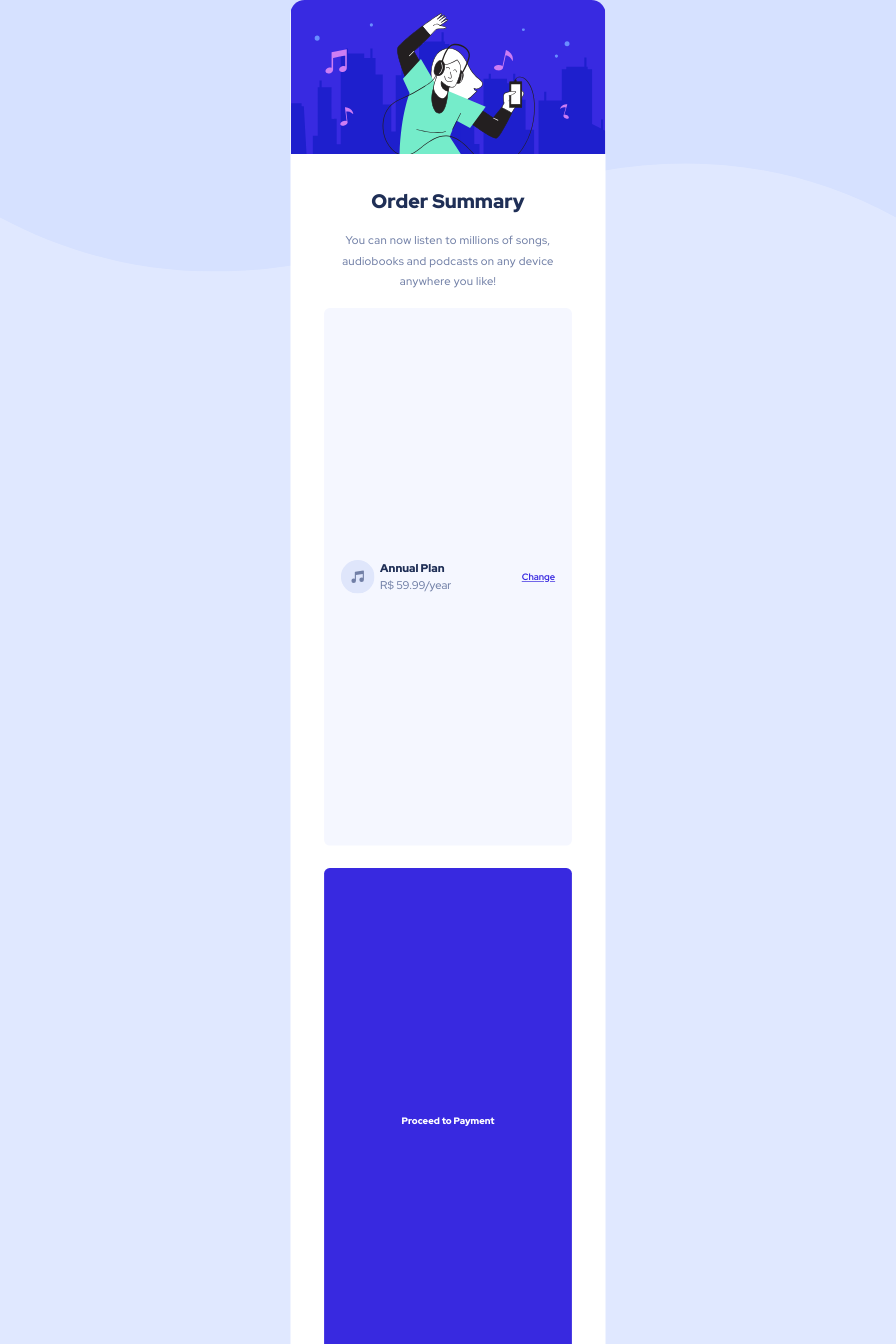
Repository: gccavalheiro/order-summary-card
Page: index.html
The author's editor kept a copy of each file at every save. The page is drawn from the files as they stood at one save, then again after the next save.
The browser window is 1280 px wide. The pictures show the part of the page from y = 0 to 1920 px (the page is 2839 px tall before and 1630 px after), at 70% of full size.

Above is the page before, as saved 2021-12-17 03:05:43.

### index.html
<!DOCTYPE html>
<html lang="en">

<head>
  <meta charset="UTF-8" />
  <meta http-equiv="X-UA-Compatible" content="IE=edge" />
  <meta name="viewport" content="width=device-width, initial-scale=1.0" />
  <link rel="preconnect" href="https://fonts.googleapis.com">
  <link rel="preconnect" href="https://fonts.gstatic.com" crossorigin>
  <link href="https://fonts.googleapis.com/css2?family=Red+Hat+Display:wght@500;700;900&display=swap" rel="stylesheet">
  <link rel="icon" type="image/png" sizes="32x32" href="./images/favicon-32x32.png" />
  <title>Frontend Mentor | Order summary card</title>
  <link rel="stylesheet" href="./assets/css/main.css" />
</head>

<body>
  <main>
    <div class="card">
      <div class="card-header">
        <img src="./assets/images/illustration-hero.svg" alt="Illustration Woman">
      </div>
      <div class="card-body">
        <div class="card-info">
          <h1>Order Summary</h1>
          <p>You can now listen to millions of songs,
            audiobooks and podcasts on any device
            anywhere you like! </p>
        </div>
        <div class="card-plan">
          <div class="card-plan-detail">
            <div class="card-plan-icon-detail">
              <img src="./assets/images/icon-music.svg" alt="Icon Music" />
            </div>
            <div class="card-plan-info-detail">
              <h2>Annual Plan</h2>
              <p>R$ 59.99/year</p>
            </div>
          </div>
          <button class="card-plan-button">Change</button>
        </div>
        <button class="card-button-payment">Proceed to Payment</button>
        <button class="card-button-cancel">Cancel Order</button>
      </div>
    </div>
  </main>

  <footer>
    <p>
      Challenge by <a href="https://www.frontendmentor.io?ref=challenge" target="_blank">Frontend Mentor</a>.
      Coded by <a href="https://github.com/gccavalheiro">Gabriel Cavalheiro</a>.
    </p>
  </footer>
</body>

</html>

### assets/css/main.css
:root {
  --primary-pale-blue: hsl(225, 100%, 94%);
  --secondary-bright-blue: hsl(245, 75%, 52%);
  --very-pale-blue:hsl(225, 100%, 98%);
  --desaturated-blue: hsl(224, 23%, 55%);
  --dark-blue: hsl(223, 47%, 23%);
  --variant-blue: hsl(245, 83%, 68%);
  --white: hsl(0, 0%, 100%);
}

* {
  margin: 0;
  padding: 0;
  outline: 0;
  box-sizing: border-box;
  text-rendering: optimizeLegibility;
  -webkit-font-smoothing: antialiased;
  -moz-osx-font-smoothing: grayscale;
}

body {
  font-family: 'Red Hat Display', sans-serif;
  font-size: 1rem;
  background-color: var(--primary-pale-blue);
  background-image: url('../images/pattern-background-mobile.svg');
  background-repeat: no-repeat;
  background-position: top center;
  background-size: contain;
}

img {
  width: 100%;
}

a {
  color: var(--secondary-bright-blue);
  text-decoration: none;
}

a:hover {
  color: var(--variant-blue);
}

button {
  font-family: 'Red Hat Display', sans-serif;
  border: 0;
  cursor: pointer;
  background-color: transparent;
  min-height: 100vh;
}

main {
  display: flex;
  align-items: center;
  justify-content: center;
  width: 100%;
  height: fit-content;
  padding: 20px;
}

.card {
  display: flex;
  flex-direction: column;
  width: 100%;
  max-width: 450px;
  border-radius: 20px;
  background-color: var(--white);
}

.card-header {
  width: 100%;
  border-top-left-radius: 20px;
  border-top-right-radius: 20px;
  overflow: hidden;
  line-height: 0;
}

.card-body {
  display: flex;
  flex-direction: column;
  align-items: center;
  padding: 20px;
}

.card-info {
  display: flex;
  flex-direction: column;
  align-items: center;
  text-align: center;
}

.card-info h1{
  font-size: 1.75rem;
  color: var(--dark-blue);
  font-weight: 900;
}

.card-info p{
  font-size: 1rem;
  color: var(--desaturated-blue);
  font-weight: 500;
  letter-spacing: 0.03em;
  line-height: 1.8;
  margin: 24px 0;
}

.card-plan {
  display: flex;
  flex-direction: column;
  align-items: center;
  justify-content: space-between;
  width: 100%;
  background-color: var(--very-pale-blue);
  padding: 20px;
  border-radius: 8px;
}

.card-plan-detail {
  display: flex;
  align-items: center;
}

.card-plan-icon-detail {
  width: 48px;
  height: 48px;
  min-width: 48px;
  min-height: 48px;
  border-radius: 50%;
  margin-right: 8px;
}

.card-plan-icon-detail img {
  object-fit: cover;
}

.card-plan-info-detail {
  display: flex;
  flex-direction: column;
}

.card-plan-info-detail h2, .card-plan-info-detail p {
  font-size: 1rem;
}
.card-plan-info-detail h2 {
  font-weight: 900;
  color: var(--dark-blue);
  margin-bottom: 4px;
}

.card-plan-info-detail p {
  color: var(--desaturated-blue);
  font-size: 700;
}

.card-plan-button {
  font-size: .825rem;
  color: var(--secondary-bright-blue);
  background-color: transparent;
  text-decoration: underline;
  font-weight: 700;
  border: 0;
  transition: .3s;
  margin-top: 20px;
}

.card-plan-button:hover {
  color: var(--variant-blue);
}

.card-button-payment{
  font-weight: 900;
  padding: 16px 0;
  width: 100%;
  color: var(--white);
  background-color: var(--secondary-bright-blue);
  border-radius: 8px;
  margin: 32px 0;
}

.card-button-payment:hover {
  background-color: var(--variant-blue);
}

.card-button-cancel{
  font-weight: 900;
  color: var(--desaturated-blue);
}

.card-button-cancel:hover {
  color: var(--dark-blue);
}

footer {
  display: flex;
  align-items: center;
  justify-content: center;
  width: 100%;
  background-color: var(--very-pale-blue);
  padding: 28px 0;
  color: var(--desaturated-blue);
  text-align: center;
  line-height: 23px;
}

footer p {
  padding: 0 20px;
}

@media screen and (min-width: 374.9px) {
 .card-plan {
    flex-direction: row;
  }

  .card-plan-button {
    margin-top: 0;
  }

  footer p {
    padding: 0;
  }
}

@media screen and (min-width: 767.9px) {
  body {
    background-image: url('../images/pattern-background-desktop.svg');
  }

  main {
    padding: 0;
  }

  .card-body {
    padding: 48px;
  }

  .card-plan {
    padding: 24px;
  }
}

After the next save:
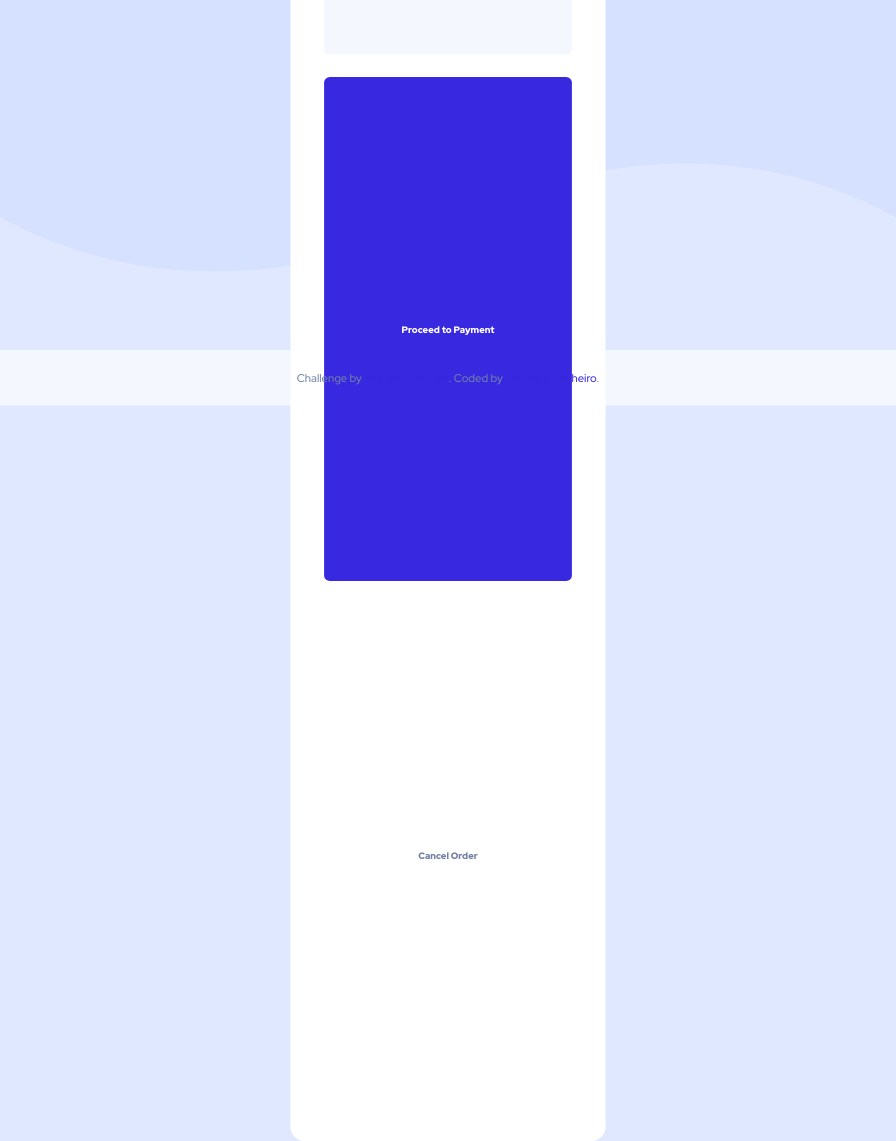
Saved 8 s later.
--- a/assets/css/main.css
+++ b/assets/css/main.css
@@ -54,7 +54,7 @@
   align-items: center;
   justify-content: center;
   width: 100%;
-  height: fit-content;
+  max-height: 500px;
   padding: 20px;
 }
 

After the save that followed:
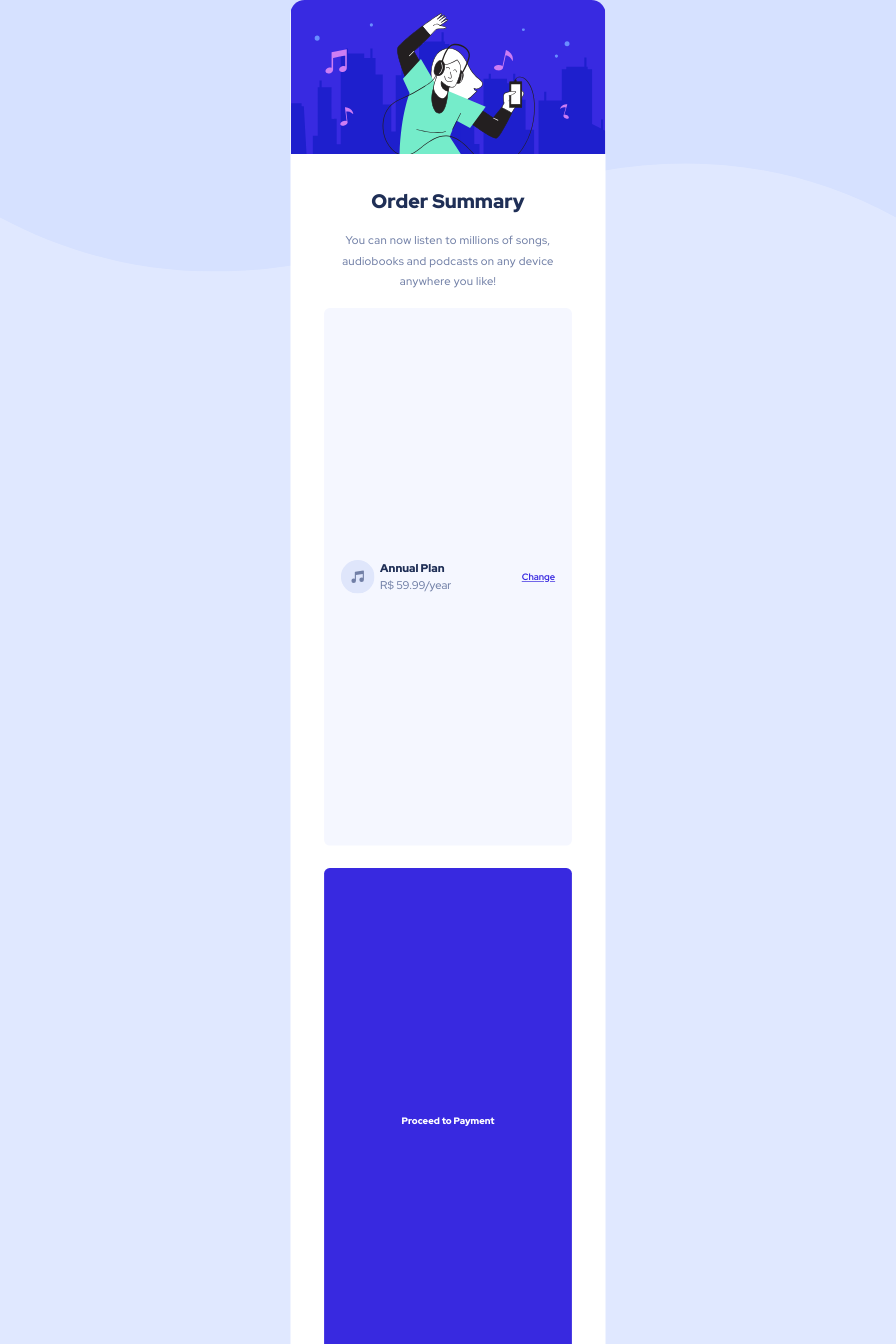
Saved 7 s later.
--- a/assets/css/main.css
+++ b/assets/css/main.css
@@ -54,7 +54,6 @@
   align-items: center;
   justify-content: center;
   width: 100%;
-  max-height: 500px;
   padding: 20px;
 }
 
